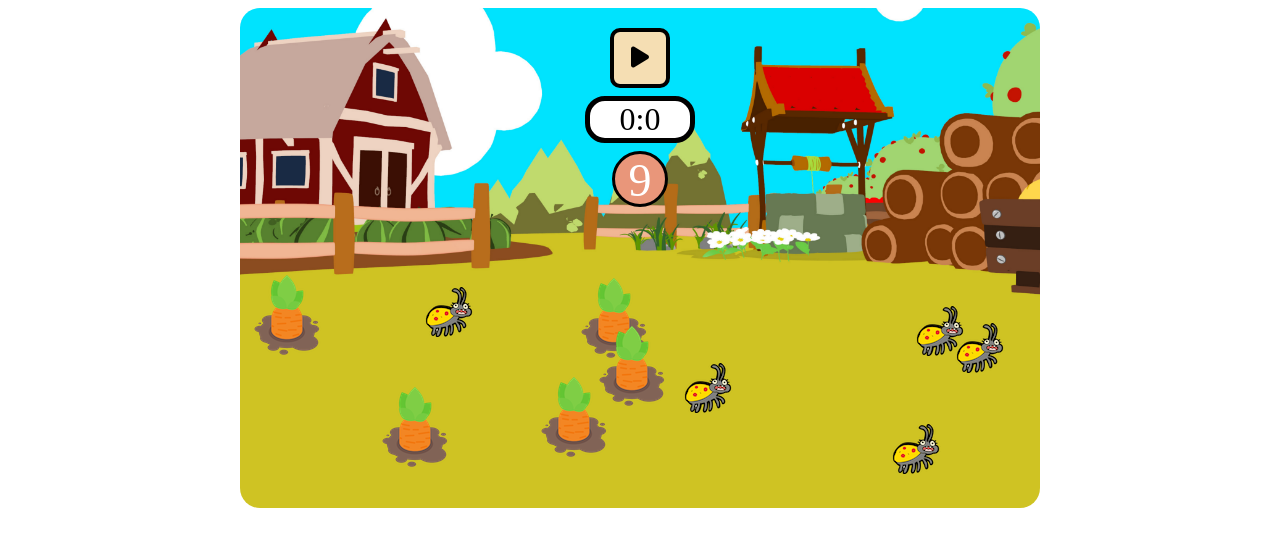
Repository: rladpwl0512/dreamcoding_browser101
Page: (7) catch-carrot-game/catch carrot_refactoring/index.html
The author's editor kept a copy of each file at every save. The page is drawn from the files as they stood at one save, then again after the next save.
The browser window is 1280 px wide. The pictures show the whole page.
Some web libraries are served in a nearby version.

Above is the page before, as saved 2021-10-08 01:14:13.

### (7) catch-carrot-game/catch carrot_refactoring/index.html
<!DOCTYPE html>
<html lang="en">
<head>
  <meta charset="UTF-8">
  <meta name="viewport" content="width=device-width, initial-scale=1.0">
  <title>fun game</title>
  <link rel="stylesheet" href="style.css">
  <script src="main.js" defer></script> <!--html 준비 후에 js 가져옴-->
  <script src="https://kit.fontawesome.com/d1f0f5669b.js" crossorigin="anonymous"></script>
</head>
<body>
  <section class="game">
    <header class="game_header">
      <button class="game_button">
        <i class="fas fa-play"></i>
      </button>
      <span class="game_timer">0:0</span>
      <span class="game_score">9</span>
    </header>
    <section class="game_field"></section>
  </section>
  <section class="pop-up pop-up-hide">
    <button class="pop-up_refresh">
      <i class="fas fa-redo-alt"></i>
    </button>
    <span class="pop-up_message">Hello</span>
  </section>
</body>
</html>

### (7) catch-carrot-game/catch carrot_refactoring/style.css
button {
  border: none;
  outline: none;
  cursor: pointer;
}

body {
  text-align: center; /*이걸 굳이 왜...? .game, .pop-up이 margin:auto면 되는데?*/
}

.game {
  display: flex;
  flex-direction: column; /*넘어가지 않도록*/
  width: 800px;
  height: 500px;
  margin: auto;
  background: url(img/background.png) center/cover; /*원본 사이즈가 너무 커서 삐져나갈 때, center/cover 사용하면 꽉 참(난 포토샵으로 조정함ㅎㅎ...)*/
  border-radius: 20px;
}
.game_button {
  width: 60px;
  height: 60px;
  background-color: wheat;
  border: 4px solid black;
  font-size: 24px;
  transition: transform 300ms ease-in; /*transfrom 부드럽게 애니메이션 효과*/
  border-radius: 10px;
}
.game_button:hover {
  transform: scale(1.1); /*1.1배 늘림*/
}
.game_timer {
  width: 100px;
  background-color: white;
  text-align: center;
  border: 5px solid black;
  font-size: 32px;
  margin-top: 8px;
  border-radius: 20px;
}
.game_score {
  text-align: center;
  color: white;
  width: 50px;
  height: 50px;
  font-size: 46px;
  background-color: darksalmon;
  border-radius: 50%; /*원*/
  border: 3px solid black;
  margin-top: 8px;
}
.game_header {
  display: flex; /* display: block으로 해서 한줄씩 나오게 할수 있지만, 이런방법도 있다*/
  flex-direction: column;
  align-items: center;
  padding: 20px;
}

/*game filed의 범위 지정*/
.game_field {
  position: relative;
  width: 100%;
  height: 100%;
  margin-top: 40px;
  /* background-color: blue; */
}

.pop-up {
  display: block;
  width: 400px;
  height: 140px;
  padding: 20px;
  background-color: black;
  opacity: 0.7;
  color: white;
  text-align: center; /*안에 오는 요소들 center로*/
  margin: auto;
  transform: translateY(-150%); /*pop-up만큼 + pop-up의 반만큼 위로 이동*/
  border-radius: 20px;
}

.pop-up_refresh {
  width: 60px;
  height: 60px;
  font-size: 24px;
  background-color: wheat;
  border: 2px solid black;
  border-radius: 50%;
}

.pop-up_message {
  display: block;
  font-size: 38px;
  text-align: center;
}

/* popup창 숨김 */
.pop-up-hide {
  display: none;
}

### (7) catch-carrot-game/catch carrot_refactoring/main.js
'use strict'; //엄격하게 코딩하기

const CARROT_COUNT = 5;
const BUG_COUNT = 5;

const field = document.querySelector('.game_field');
const fieldRect = field.getBoundingClientRect(); //필드의 전체적 사이즈, 포지션 알 수 있다(필드 범위 내에서 벌레, 당근 위치해야하기 때문에 필요함)
const gameBtn = document.querySelector('.game_button');
const gameTimer = document.querySelector('.game_timer');
const gameScore = document.querySelector('.game_score');

let started = false; //게임의 상태(게임 시작됐는지 안됐는지)
let score = 0; //점수
let timer = undefined; //시간 얼마나 남았는지 (게임 시작하지 않았으면 undefined)

gameBtn.addEventListener('click', () => {
  if(started) {
    stopGame();
  } else {
    startGame();
  }
  started = !started; //반대로 할당
});

function startGame() {
  initGame();
  showStopButton(); //stop button 보여짐
}
function stopGame() {

}
function showStopButton() {
  const icon = gameBtn.querySelector('.fa-play');
  icon.classList.add('fa-stop');
  icon.classList.remove('fa-play');
}

function initGame() {
  //벌레와 당근을 생성한 뒤 field에 추가
  addItem('carrot', CARROT_COUNT, 'img/carrot.png', 80); //carrot.png을 5개
  addItem('bug', BUG_COUNT, 'img/bug.png', 50);
}
function addItem(className, count, imgPath, imgSize) {
  const x1 = 0;
  const y1 = 0;
  const x2 = fieldRect.width - imgSize; //반드시 carrot_size 빼줘야함(노트 참고),
  const y2 = fieldRect.height - imgSize;

  for(let i=0; i<count; i++) {
    const item = document.createElement('img');
    item.setAttribute('class', className);
    item.setAttribute('src', imgPath);
    item.style.position = 'absolute'; //game_field기준
    const x = randomNumber(x1, x2); //x1~x2까지 아무숫자 받아옴
    const y = randomNumber(y1, y2);
    item.style.left = `${x}px`;
    item.style.top = `${y}px`;
    field.appendChild(item);
  }
}

function randomNumber(min, max) {
  return Math.random() * (max - min) + min; //min~max인데 max포함하지 않은 숫자
}

initGame();

After the next save:
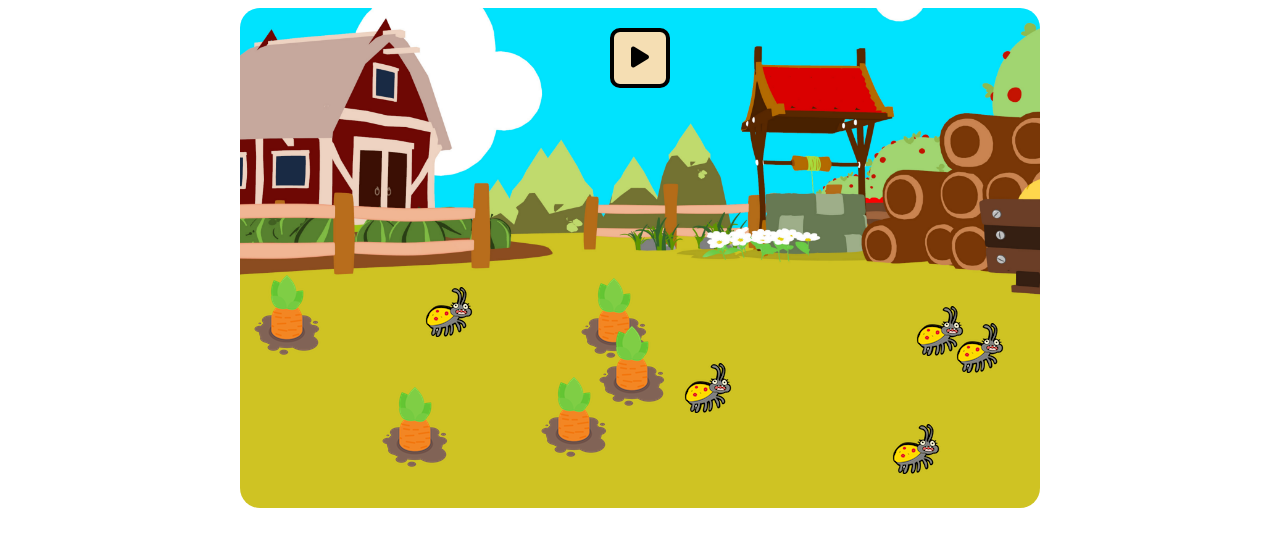
Saved 51 s later.
--- a/(7) catch-carrot-game/catch carrot_refactoring/style.css
+++ b/(7) catch-carrot-game/catch carrot_refactoring/style.css
@@ -30,6 +30,7 @@ body {
   transform: scale(1.1); /*1.1배 늘림*/
 }
 .game_timer {
+  visibility: hidden; /*자리에 있으면서 보이지 않도록*/
   width: 100px;
   background-color: white;
   text-align: center;
@@ -39,6 +40,7 @@ body {
   border-radius: 20px;
 }
 .game_score {
+  visibility: hidden;
   text-align: center;
   color: white;
   width: 50px;
